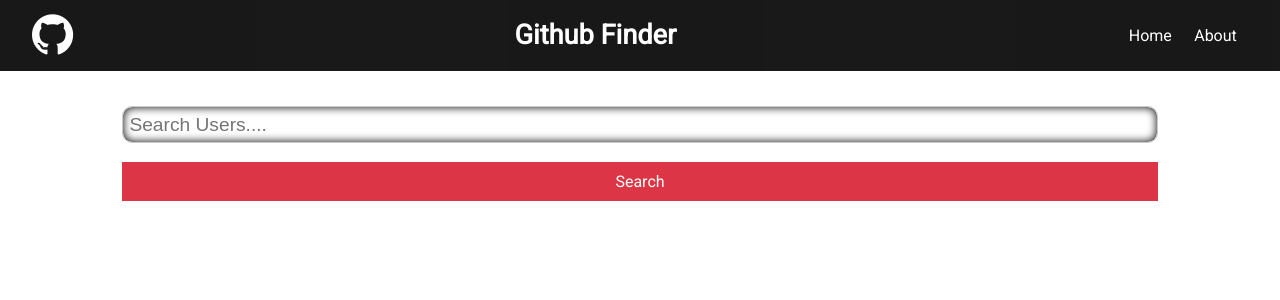
Repository: hemantsaini-7/ReactHooks-GitHub-Clone
Page: /
The author's editor kept a copy of each file at every save. The page is drawn from the files as they stood at one save, then again after the next save.
The browser window is 1280 px wide. The pictures show the whole page.
The project was rebuilt for these pictures with package versions that can differ from the ones it lists, and the page was loaded fresh each time. Also part of the build but not shown: src/components/users/UserItem.js, src/components/layout/Spinner.js, src/components/repos/RepoItem.js, src/components/repos/Repos.js, src/components/users/User.js, src/components/layout/Alert.js, src/components/pages/About.js.

Above is the page before, as saved 2020-08-06 09:55:17.

After the next save:
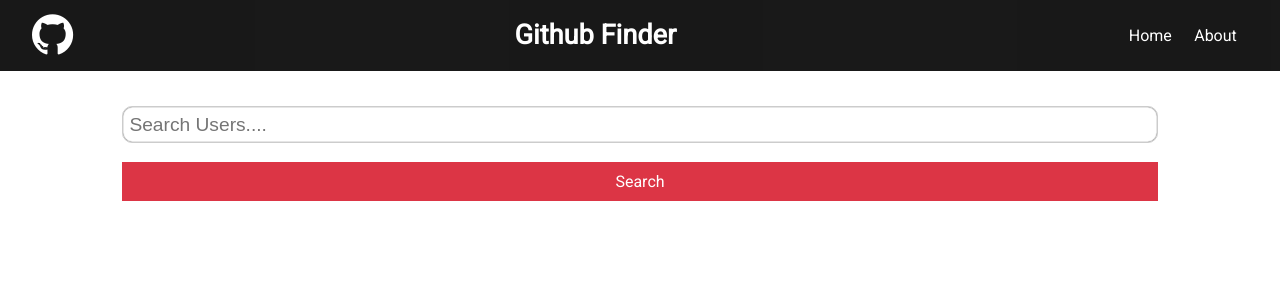
Saved 12 s later.
--- a/src/App.css
+++ b/src/App.css
@@ -385,7 +385,7 @@
 }
 .s-field {
   border-radius: 10px;
-  box-shadow: inset 0px 0px 10px #000;
+  box-shadow: inset 0px 0px 1px #000;
 }
 .s-field:focus {
   outline: none;
